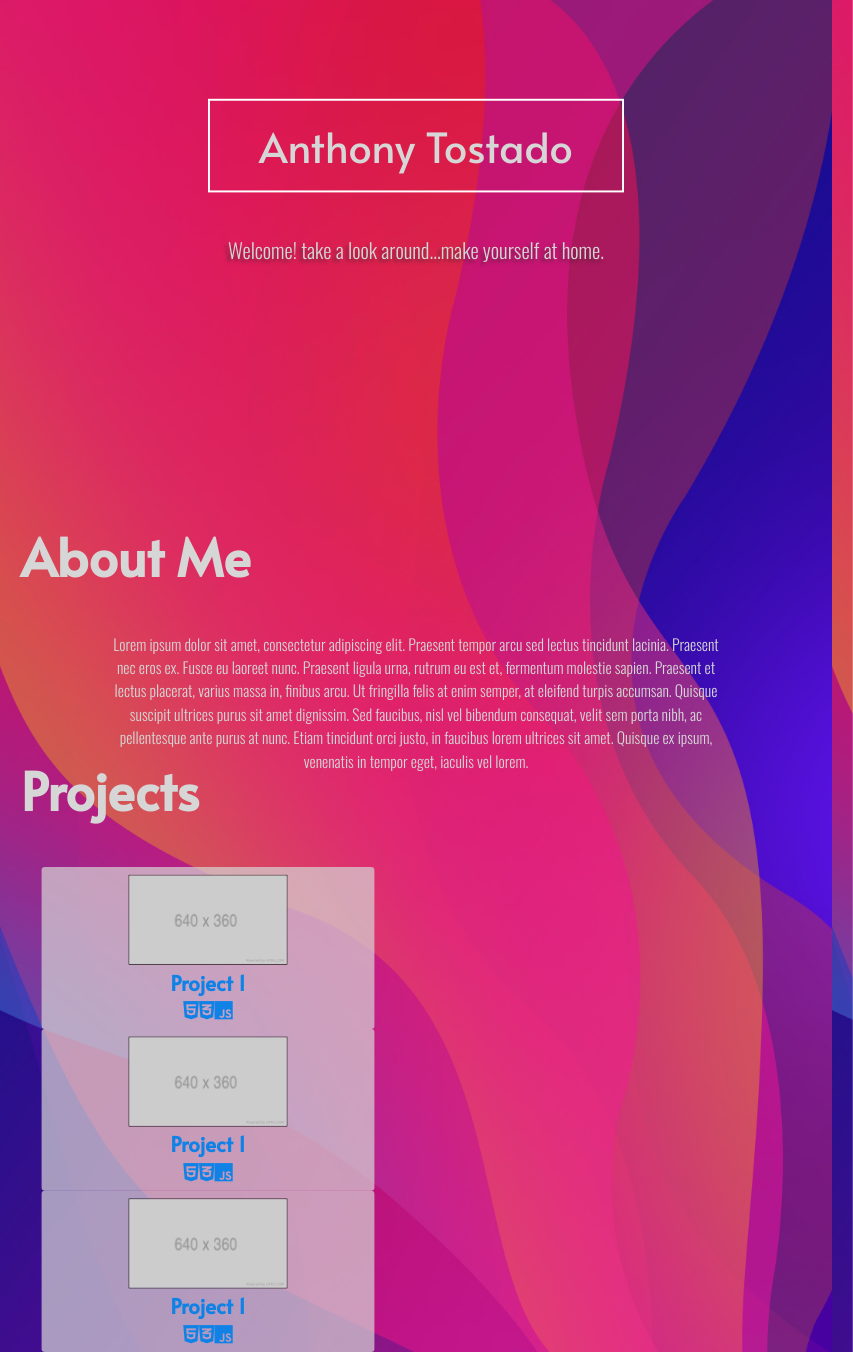
Repository: sloppytony/newport
Page: / (app in portfolio/)
These files come from the project's save history. The page is drawn as it stood at one moment and after the next save; the edit follows.
The browser window is 1280 px wide. The page is 1312 px wide, so the pictures cover 1312 px, including what lies to the right of the window. The pictures show the whole page, at 65% of full size.
Backgrounds fixed to the window are drawn as part of the page. Some web libraries are served in a nearby version. The project was rebuilt for these pictures with package versions that can differ from the ones it lists, and the page was loaded fresh each time.

Above is the page before, as saved 2020-08-23 14:34:17.

### portfolio/public/index.html
<!DOCTYPE html>
<html lang="en">
  <head>
    <meta charset="utf-8" />
    <link rel="icon" href="%PUBLIC_URL%/favicon.ico" />
    <meta name="viewport" content="width=device-width, initial-scale=1" />
    <meta name="theme-color" content="#000000" />
    <meta
      name="description"
      content="Web site created using create-react-app"
    />
    <link rel="apple-touch-icon" href="%PUBLIC_URL%/logo192.png" />
    <!--
      manifest.json provides metadata used when your web app is installed on a
      user's mobile device or desktop. See https://developers.google.com/web/fundamentals/web-app-manifest/
    -->
    <link rel="manifest" href="%PUBLIC_URL%/manifest.json" />
    <!--
      Notice the use of %PUBLIC_URL% in the tags above.
      It will be replaced with the URL of the `public` folder during the build.
      Only files inside the `public` folder can be referenced from the HTML.

      Unlike "/favicon.ico" or "favicon.ico", "%PUBLIC_URL%/favicon.ico" will
      work correctly both with client-side routing and a non-root public URL.
      Learn how to configure a non-root public URL by running `npm run build`.
    -->
    <link
      href="https://fonts.googleapis.com/css2?family=Alata&family=Oswald:wght@300&display=swap"
      rel="stylesheet"
    />
    <script
      src="https://kit.fontawesome.com/9a01f23326.js"
      crossorigin="anonymous"
    ></script>
    <title>React App</title>
  </head>
  <body>
    <noscript>You need to enable JavaScript to run this app.</noscript>
    <div id="root"></div>
    <!--
      This HTML file is a template.
      If you open it directly in the browser, you will see an empty page.

      You can add webfonts, meta tags, or analytics to this file.
      The build step will place the bundled scripts into the <body> tag.

      To begin the development, run `npm start` or `yarn start`.
      To create a production bundle, use `npm run build` or `yarn build`.
    -->
  </body>
</html>

### portfolio/src/index.css
* {
  margin: 0;
  padding: 0;
  box-sizing: border-box;
}

body {
  background-image: url("./img/8_28_orig.png");
  background-size: cover;
  background-attachment: fixed;
}

### portfolio/src/App.js
import React from "react";

import "./App.css";

function App() {
  return (
    <body>
      <div className="everything">
        <div className="section1">
          <h1 className="mainTitle">Anthony Tostado</h1>
          <p className="mainPara">
            Welcome! take a look around...make yourself at home.
          </p>
          <h2 className="scroll">Scroll</h2>
        </div>
        <div className="section2">
          <h1 className="aboutTitle">About Me</h1>
          <p className="aboutPara">
            Lorem ipsum dolor sit amet, consectetur adipiscing elit. Praesent
            tempor arcu sed lectus tincidunt lacinia. Praesent nec eros ex.
            Fusce eu laoreet nunc. Praesent ligula urna, rutrum eu est et,
            fermentum molestie sapien. Praesent et lectus placerat, varius massa
            in, finibus arcu. Ut fringilla felis at enim semper, at eleifend
            turpis accumsan. Quisque suscipit ultrices purus sit amet dignissim.
            Sed faucibus, nisl vel bibendum consequat, velit sem porta nibh, ac
            pellentesque ante purus at nunc. Etiam tincidunt orci justo, in
            faucibus lorem ultrices sit amet. Quisque ex ipsum, venenatis in
            tempor eget, iaculis vel lorem.{" "}
          </p>
        </div>
        <div className="section3">
          <h1 className="projectTitle">Projects</h1>
          <div className="projectContent">
            <div className="card1">
              <img
                className="cardImage"
                src={require("../src/img/640x360.png")}
              ></img>
              <h1 className="cardTitle">Project 1</h1>
              <section className="icons">
                <i class="fab fa-html5 fa-2x"></i>
                <i class="fab fa-css3-alt fa-2x"></i>
                <i class="fab fa-js fa-2x"></i>
              </section>
            </div>
            <div className="card2">
              <img
                className="cardImage"
                src={require("../src/img/640x360.png")}
              ></img>
              <h1 className="cardTitle">Project 1</h1>
              <section className="icons">
                <i class="fab fa-html5 fa-2x"></i>
                <i class="fab fa-css3-alt fa-2x"></i>
                <i class="fab fa-js fa-2x"></i>
              </section>
            </div>
            <div className="card3">
              <img
                className="cardImage"
                src={require("../src/img/640x360.png")}
              ></img>
              <h1 className="cardTitle">Project 1</h1>
              <section className="icons">
                <i class="fab fa-html5 fa-2x"></i>
                <i class="fab fa-css3-alt fa-2x"></i>
                <i class="fab fa-js fa-2x"></i>
              </section>
            </div>
          </div>
        </div>
      </div>
    </body>
  );
}

export default App;

### portfolio/src/App.css
.image {
  width: 100%;
  height: 100%;
}

/*opening page*/
.section1 {
  height: 100vh;
  width: 100%;

  color: rgb(16, 130, 230);
  display: flex;
  justify-content: center;
  align-items: center;
  flex-direction: column;
}

.mainTitle {
  font-family: "Alata", sans-serif;
  font-weight: 100;
  font-size: 400%;
  display: flex;
  justify-content: center;
  align-items: center;
  text-align: center;
  color: rgb(214, 214, 214);

  animation: fadeIn 1.5s;
  border: 3px solid white;
  width: 50%;
  height: 20%;
}

.mainPara {
  font-family: "Oswald", sans-serif;
  font-size: 200%;
  display: flex;
  align-items: center;
  text-align: center;
  color: rgb(214, 214, 214);
  padding: 5%;
  text-shadow: -5px 5px 5px rgba(44, 44, 44, 0.5);
  animation: fadeIn 1.5s;
}

.scroll {
  font-family: "Oswald", sans-serif;
  font-size: 300%;
  padding-bottom: 2%;
  animation: pulse 2.5s infinite;
  color: rgb(214, 214, 214);
}

/*about*/
.section2 {
  height: 75vh;
  width: 100%;
  overflow: hidden;
  display: flex;
  align-items: center;
  justify-content: center;
  flex-direction: column;
}

h1.aboutTitle {
  height: 20%;
  width: 100%;
  margin-left: 5%;
  font-family: "Alata", sans-serif;
  font-size: 500%;
  color: rgb(214, 214, 214);
}

p.aboutPara {
  width: 75%;
  height: 20vh;
  text-align: center;
  margin: 5%;
  font-size: 150%;
  font-family: "Oswald", sans-serif;
  color: rgb(214, 214, 214);
}

/*projects*/
.section3 {
  height: 100vh;
  width: 100%;

  color: rgb(16, 130, 230);
  display: flex;
  justify-content: center;
  align-items: center;
  flex-direction: column;
}

div.projectContent {
  width: 100%;
  display: flex;
  justify-content: space-evenly;
  flex-direction: column;
}

h1.projectTitle {
  height: 20vh;
  width: 100%;
  margin-left: 5%;
  font-size: 500%;
  font-family: "Alata", sans-serif;
  color: rgb(214, 214, 214);
}

div.card1 {
  height: 50%;
  width: 40%;
  display: flex;
  justify-content: center;
  align-items: center;
  flex-direction: column;
  background: rgb(214, 214, 214, 0.7);
  border-radius: 5px 5px 5px;
  margin-left: 5%;
  padding: 1%;
  margin-top: 5%;
}

div.card2 {
  height: 50%;
  width: 40%;
  display: flex;
  justify-content: center;
  align-items: center;
  flex-direction: column;
  background: rgb(214, 214, 214, 0.7);
  border-radius: 5px 5px 5px;
  margin-left: 5%;
  padding: 1%;
}

div.card3 {
  height: 50%;
  width: 40%;
  display: flex;
  justify-content: center;
  align-items: center;
  flex-direction: column;
  background: rgb(214, 214, 214, 0.7);
  border-radius: 5px 5px 5px;
  margin-left: 5%;
  padding: 1%;
}

img.cardImage {
  width: 50%;
  border: 1px solid black;
}

h1.cardTitle {
  margin: 1%;
  font-size: 300;
  font-family: "Alata", sans-serif;
}

@keyframes fadeIn {
  from {
    opacity: 0;
  }
  to {
    opacity: 1;
  }
}

@keyframes pulse {
  0% {
    opacity: 0;
  }

  50% {
    opacity: 1;
  }
  100% {
    opacity: 0;
  }
}

Loaded but not shown: portfolio/src/index.js (common file); portfolio/src/serviceWorker.js (common file)

After the next save:
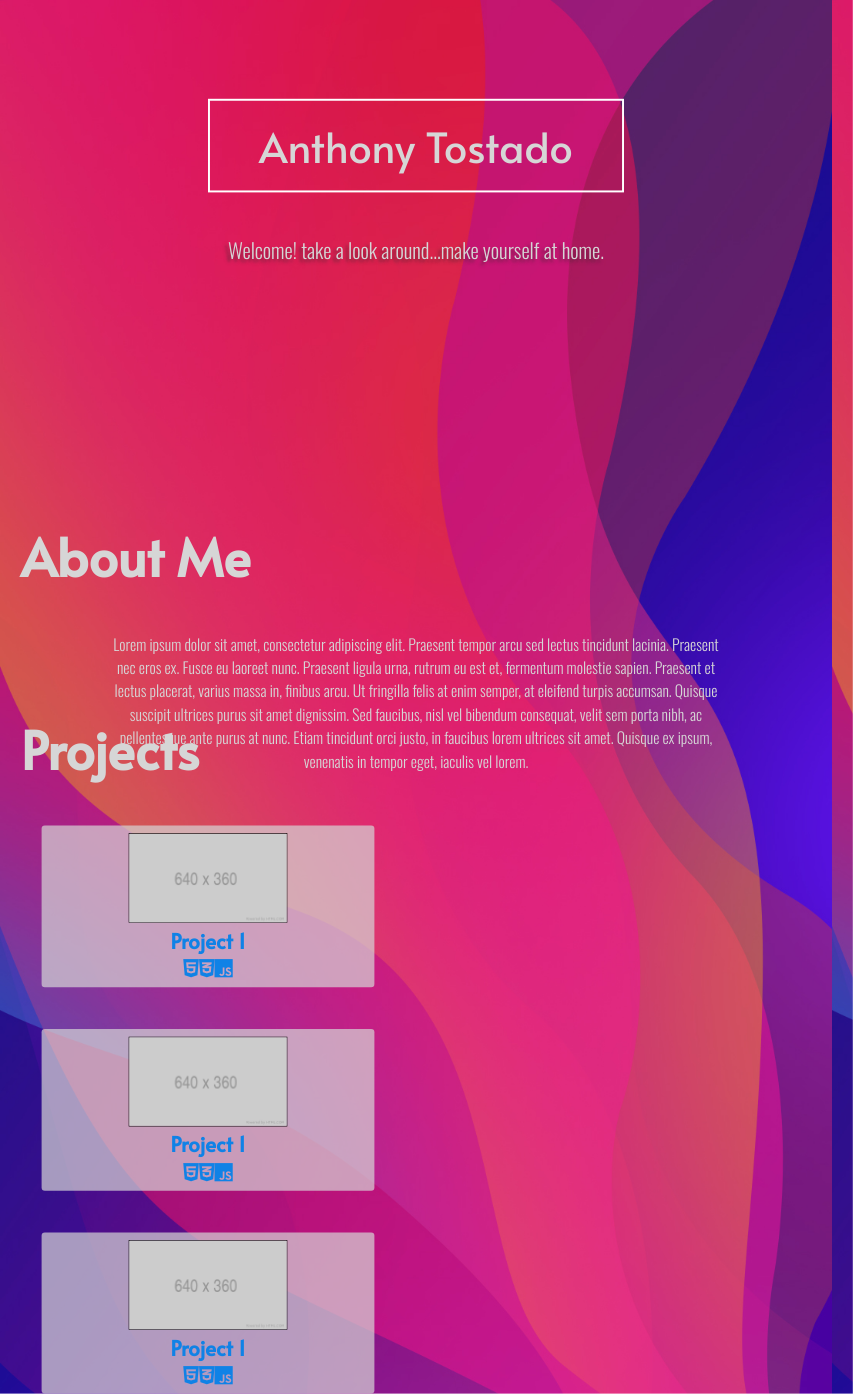
Saved 10 s later.
--- a/portfolio/src/App.css
+++ b/portfolio/src/App.css
@@ -134,6 +134,7 @@ div.card2 {
   border-radius: 5px 5px 5px;
   margin-left: 5%;
   padding: 1%;
+  margin-top: 5%;
 }
 
 div.card3 {
@@ -147,6 +148,7 @@ div.card3 {
   border-radius: 5px 5px 5px;
   margin-left: 5%;
   padding: 1%;
+  margin-top: 5%;
 }
 
 img.cardImage {
